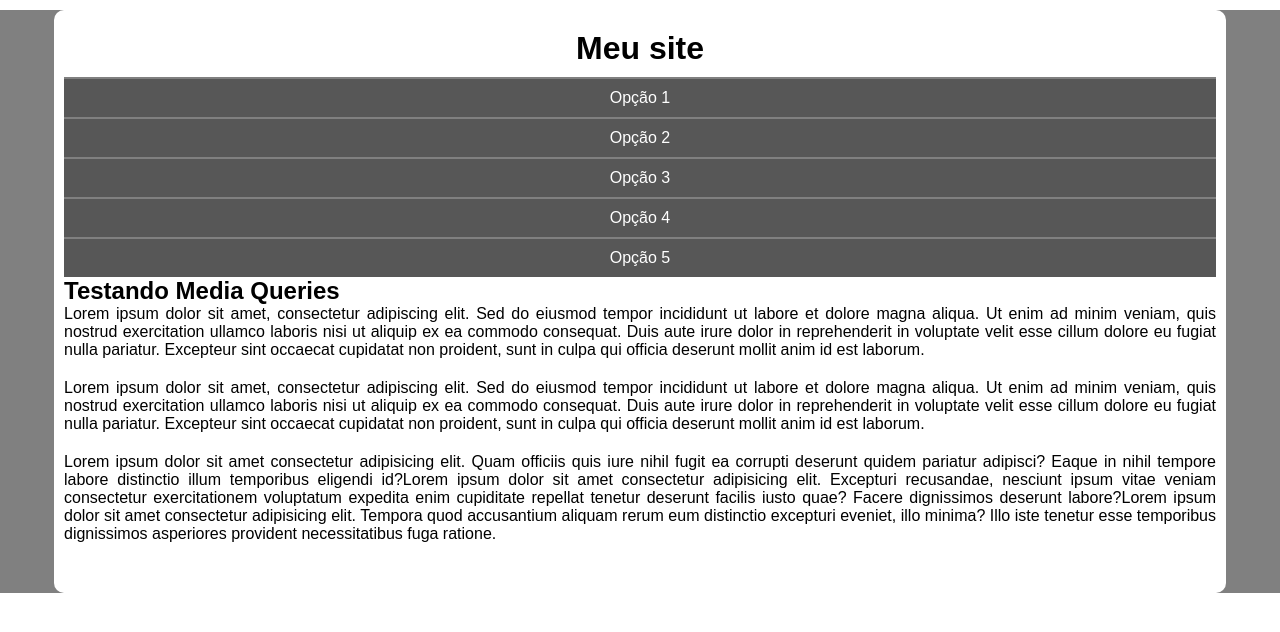
Repository: Sandro1969-tech/menu-hamburger
Page: index.html
An editor plug-in stored every save of this project. The page is shown before and after a run of saves, followed by the edit.
The browser window is 1280 px wide. The pictures show the whole page.

Above is the page before, as saved 2025-12-25 18:51:04.

After the next 2 saves:
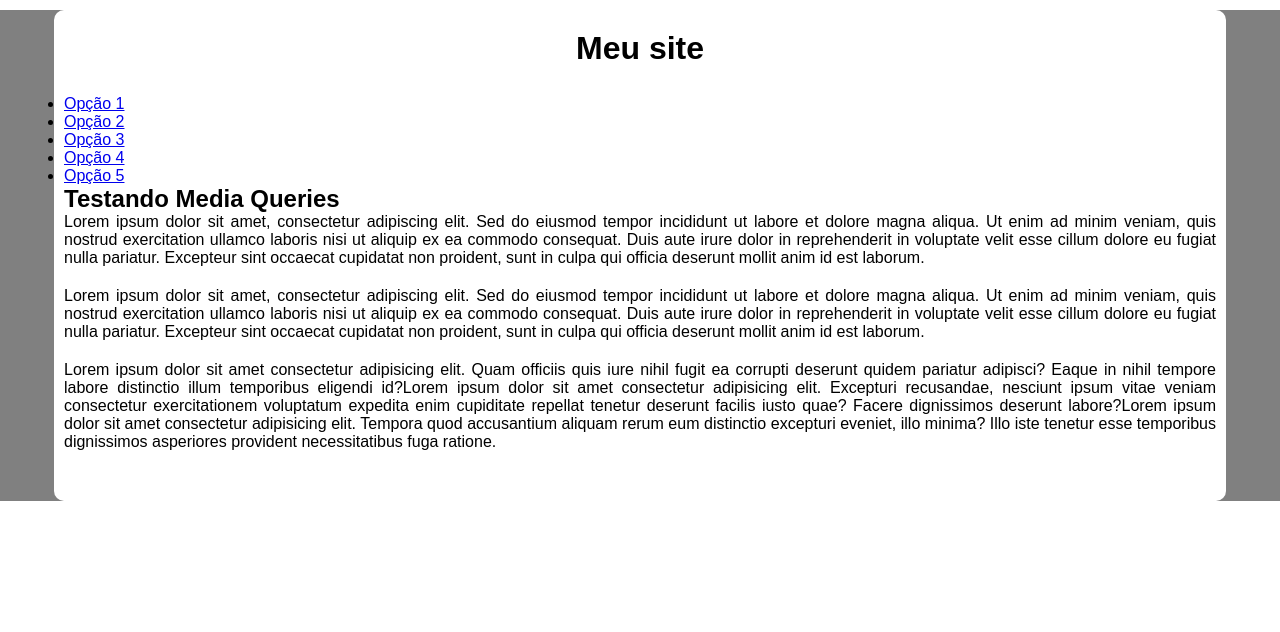
The 2 saves are shown as one change because they came seconds apart.
The last was saved 16 s later.
--- a/index.html
+++ b/index.html
@@ -10,6 +10,7 @@
   <header>
     <main>
             <h1>Meu site</h1>
+            <img
 
 
 
